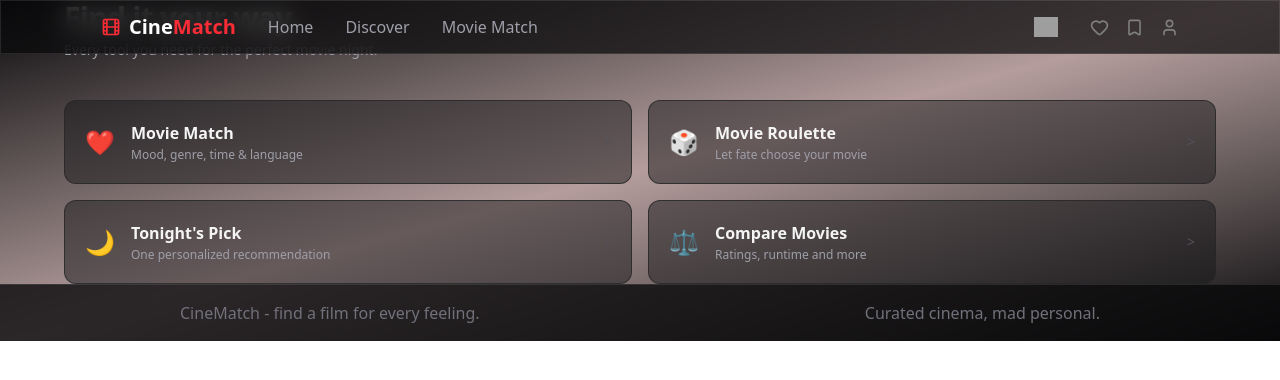
Repository: Mahak182005/CineMatch
Page: /match
An editor plug-in stored every save of this project. The page is shown before and after the next save, followed by the edit.
The browser window is 1280 px wide. The pictures show the whole page.
Pictures or frames that could not be fetched are drawn as grey boxes. The project was rebuilt for these pictures with package versions that can differ from the ones it lists, and the page was loaded fresh each time. Also part of the build but not shown: vite.config.js, src/Components/Mood.jsx, src/Data/MoodData.js, src/Data/api.js, src/Components/MovieCart.jsx, src/Logic/search.js, src/pages/Home.jsx, src/pages/Favorites.jsx and 3 more.

Above is the page before, as saved 2026-10-12 12:51:42.

### index.html
<!doctype html>
<html lang="en">
  <head>
    <meta charset="UTF-8" />
    <link rel="icon" type="image/svg+xml" href="/favicon.svg" />
    <meta name="viewport" content="width=device-width, initial-scale=1.0" />
    <title>movie-explorer</title>
  </head>
  <body>
    <div id="root"></div>
    <script type="module" src="/src/main.jsx"></script>
  </body>
</html>

### src/main.jsx
import Router from './router/Router.jsx'
import { createRoot } from 'react-dom/client'
import './index.css'

createRoot(document.getElementById('root')).render(
  <Router />
)

### src/router/Router.jsx
import { createBrowserRouter } from "react-router-dom";
import {Home} from "../pages/Home";
import {RouterProvider} from "react-router-dom";
import { MovieMatch } from "../pages/MovieMatch";
import { Favorites } from "../pages/Favorites";
import {Watchlist} from "../pages/Watchlist"
import { Profile } from "../pages/Profile";
import { Discover } from "../pages/Discover";
import {Layout} from "../Layout/Layout";

const router = createBrowserRouter([
    {
         path: "/",
        element: <Layout />,
        children: [
            {
                index: true,
                element: <Home />
            },
            {
                path: "/discover",
                element: <Discover />
            },
            {
                path: "match",
                element: <MovieMatch />
            },
            {
                path: "fav",
                element: <Favorites />
            },
            {
                path: "watchlist",
                element: <Watchlist />
            },
            {
                path: "profile",
                element: <Profile />
            }
        ]
    }
])
function AppRouter() {
    return <RouterProvider router={router} />;
}

export default AppRouter;

### src/index.css
@import "tailwindcss";
html,
body,
#root {
  margin: 0;
  padding: 0;
  width: 100%;
  box-sizing: border-box
}

### src/pages/MovieMatch.jsx
export function MovieMatch(){
    return(
        <>
            <div classNameName=" bg-gradient-to-br from-zinc-950 via-red-950/40 to-zinc-950 text-white p-8">
                <div className="max-w-6xl mx-auto mb-10">
                    <h1 className="text-3xl font-extrabold tracking-tight text-white">Find it your way</h1>
                    <p className="text-zinc-400 text-sm mt-1">Every tool you need for the perfect movie night.</p>
                </div>

                <div className="grid grid-cols-1 md:grid-cols-2 gap-4 max-w-6xl mx-auto">

                    <div className="flex items-center justify-between p-5 rounded-xl bg-zinc-900/50 border border-zinc-800/80 hover:border-red-900/60 cursor-pointer transition-all duration-200 group">
                    <div className="flex items-center space-x-4">
                        <span className="text-2xl">❤️</span>
                        <div>
                        <h3 className="font-semibold text-zinc-100 group-hover:text-white transition-colors">Movie Match</h3>
                        <p className="text-zinc-400 text-xs mt-0.5">Mood, genre, time & language</p>
                        </div>
                    </div>
                    <span className="text-zinc-600 group-hover:text-zinc-400 transition-colors text-sm">&gt;</span>
                    </div>

                    <div className="flex items-center justify-between p-5 rounded-xl bg-zinc-900/50 border border-zinc-800/80 hover:border-red-900/60 cursor-pointer transition-all duration-200 group">
                    <div className="flex items-center space-x-4">
                        <span className="text-2xl">🎲</span>
                        <div>
                        <h3 className="font-semibold text-zinc-100 group-hover:text-white transition-colors">Movie Roulette</h3>
                        <p className="text-zinc-400 text-xs mt-0.5">Let fate choose your movie</p>
                        </div>
                    </div>
                    <span className="text-zinc-600 group-hover:text-zinc-400 transition-colors text-sm">&gt;</span>
                    </div>

                    <div className="flex items-center justify-between p-5 rounded-xl bg-zinc-900/50 border border-zinc-800/80 hover:border-red-900/60 cursor-pointer transition-all duration-200 group">
                    <div className="flex items-center space-x-4">
                        <span className="text-2xl">🌙</span>
                        <div>
                        <h3 className="font-semibold text-zinc-100 group-hover:text-white transition-colors">Tonight's Pick</h3>
                        <p className="text-zinc-400 text-xs mt-0.5">One personalized recommendation</p>
                        </div>
                    </div>
                    <span className="text-zinc-600 group-hover:text-zinc-400 transition-colors text-sm">&gt;</span>
                    </div>

                    <div className="flex items-center justify-between p-5 rounded-xl bg-zinc-900/50 border border-zinc-800/80 hover:border-red-900/60 cursor-pointer transition-all duration-200 group">
                    <div className="flex items-center space-x-4">
                        <span className="text-2xl">⚖️</span>
                        <div>
                        <h3 className="font-semibold text-zinc-100 group-hover:text-white transition-colors">Compare Movies</h3>
                        <p className="text-zinc-400 text-xs mt-0.5">Ratings, runtime and more</p>
                        </div>
                    </div>
                    <span className="text-zinc-600 group-hover:text-zinc-400 transition-colors text-sm">&gt;</span>
                    </div>

                </div>
            </div>

        </>
    )
}

### src/Layout/Layout.jsx
import { Outlet } from "react-router-dom"
import {Header} from "../Components/Header"
import { Footer } from "../Components/Footer"
export function Layout(){
    return(
        // <div className="bg-[#091424] min-h-screen">
        <div className="bg-gradient-to-br from-zinc-950 via-red-950/40 to-zinc-950">
            <Header />
            <Outlet />
            <Footer />
        </div>
    )
}

### src/Components/Header.jsx
import { Link } from "react-router-dom";
export function Header(){
    return(
        <header className="w-full max-w-full fixed">
            <div className="flex justify-between gap-20 items-center border-1 border-gray-800  bg-zinc-950/70 backdrop-blur-md border-b border-white/10 py-3 px-25">
                    <div className="flex items-center gap-8">
                        <Link to="/">
                            <div className="flex items-center gap-2">
                                <div className="text-red-500">
                                    <svg xmlns="http://www.w3.org/2000/svg" width="24" height="24" viewBox="0 0 24 24" fill="none" stroke="currentColor" strokeWidth="2" strokeLinecap="round" strokeLinejoin="round" className="lucide lucide-film size-5" aria-hidden="true"><rect width="18" height="18" x="3" y="3" rx="2"></rect><path d="M7 3v18"></path><path d="M3 7.5h4"></path><path d="M3 12h18"></path><path d="M3 16.5h4"></path><path d="M17 3v18"></path><path d="M17 7.5h4"></path><path d="M17 16.5h4"></path></svg>
                                </div>
                                <p className="font-semibold text-xl text-white font-bold">Cine<span className="text-red-500">Match</span></p>
                            </div>
                        </Link>
                    <div className="flex gap-8">
                        <Link to="/"><div className="text-zinc-400 hover:text-white transition-colors">Home</div></Link>
                        <Link className="text-zinc-400 hover:text-white transition-colors" to="/discover">Discover</Link>
                        <Link className="text-zinc-400 hover:text-white transition-colors" to="/match">Movie Match</Link>
                        {/* <Link className="text-gray-500" to="/browse">Browser</Link> */}
                    </div>
                </div>
                <div className="flex gap-8 items-center">
                  <img src="https://images.openai.com/static-rsc-4/xpLf_iDkSa24squI-Ip5QKZDulp0bh7B7cuwtMJkyvB3GZ-utHOG7STBEdMhCHi332WpSdAey1vEcinOtZuM0vqtNlfz2iFG4NJkjVUb6CCT1gYCvnhXDTZPIKbWEkUhrQU-C51ka7CL4NYJu1wmD4mK8NLTfRdr_e0rAs2OP8c?purpose=inline" alt="image" className="w-6 h-5 "/>
                  <div className="flex gap-4 items-center">
                        <Link className="text-zinc-400 hover:text-red-500" to="fav"><div><svg xmlns="http://www.w3.org/2000/svg" width="19" height="19" viewBox="0 0 24 24" fill="none" stroke="gray" strokeWidth="2" strokeLinecap="round" strokeLinejoin="round" className="lucide lucide-heart" aria-hidden="true"><path d="M2 9.5a5.5 5.5 0 0 1 9.591-3.676.56.56 0 0 0 .818 0A5.49 5.49 0 0 1 22 9.5c0 2.29-1.5 4-3 5.5l-5.492 5.313a2 2 0 0 1-3 .019L5 15c-1.5-1.5-3-3.2-3-5.5"></path></svg></div></Link>
                        <Link className="text-zinc-400 hover:text-red-500" to="/watchlist">
                            <svg
                                xmlns="http://www.w3.org/2000/svg"
                                width="19"
                                height="19"
                                viewBox="0 0 24 24"
                                fill="none"
                                stroke="gray"
                                strokeWidth="2"
                                strokeLinecap="round"
                                strokeLinejoin="round"
                            >
                                <path d="M17 3a2 2 0 0 1 2 2v15a1 1 0 0 1-1.496.868l-4.512-2.578a2 2 0 0 0-1.984 0l-4.512 2.578A1 1 0 0 1 5 20V5a2 2 0 0 1 2-2z" />
                            </svg>
                        </Link>
                        <Link className="text-zinc-400 hover:text-red-500" to="/profile"><div className=""><svg xmlns="http://www.w3.org/2000/svg" width="19" height="19" viewBox="0 0 24 24" fill="none" stroke="gray" strokeWidth="2" strokeLinecap="round" strokeLinejoin="round" className="lucide lucide-user" aria-hidden="true"><path d="M19 21v-2a4 4 0 0 0-4-4H9a4 4 0 0 0-4 4v2"></path><circle cx="12" cy="7" r="4"></circle></svg></div></Link>
                    </div>
                </div>
            </div>
       </header>
    )
}

### src/Components/Footer.jsx
export function Footer(){
    return(
        <>
            <div className="bg-zinc-950/80 backdrop-blur-md border-t border-white/10 text-zinc-500 py-4">
                <div className="flex justify-between px-45">
                    <p>CineMatch - find a film for every feeling.</p>
                    <p>Curated cinema, mad personal.</p>
                </div>
            </div>
        </>
    )
}

After the next save:
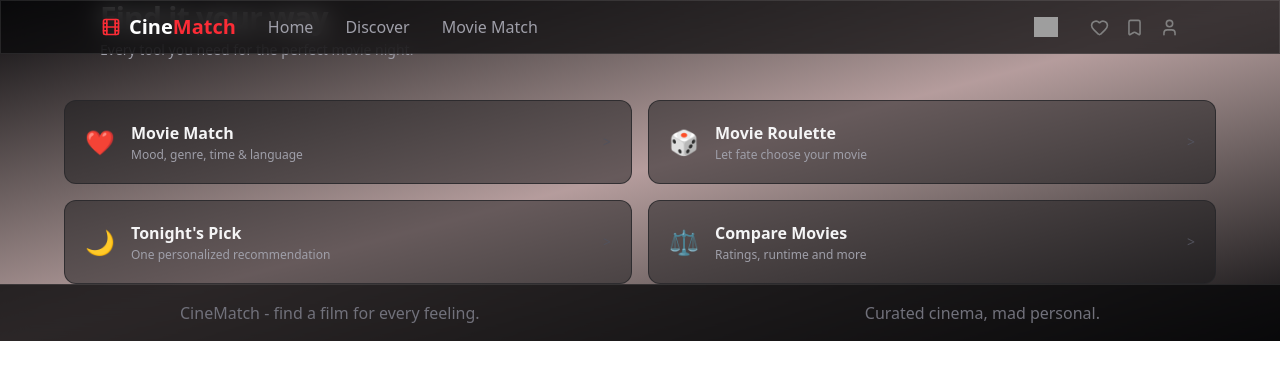
Saved 20 s later.
--- a/src/pages/MovieMatch.jsx
+++ b/src/pages/MovieMatch.jsx
@@ -2,7 +2,7 @@
     return(
         <>
             <div classNameName=" bg-gradient-to-br from-zinc-950 via-red-950/40 to-zinc-950 text-white p-8">
-                <div className="max-w-6xl mx-auto mb-10">
+                <div className="max-w-6xl mx-25 mb-10">
                     <h1 className="text-3xl font-extrabold tracking-tight text-white">Find it your way</h1>
                     <p className="text-zinc-400 text-sm mt-1">Every tool you need for the perfect movie night.</p>
                 </div>
